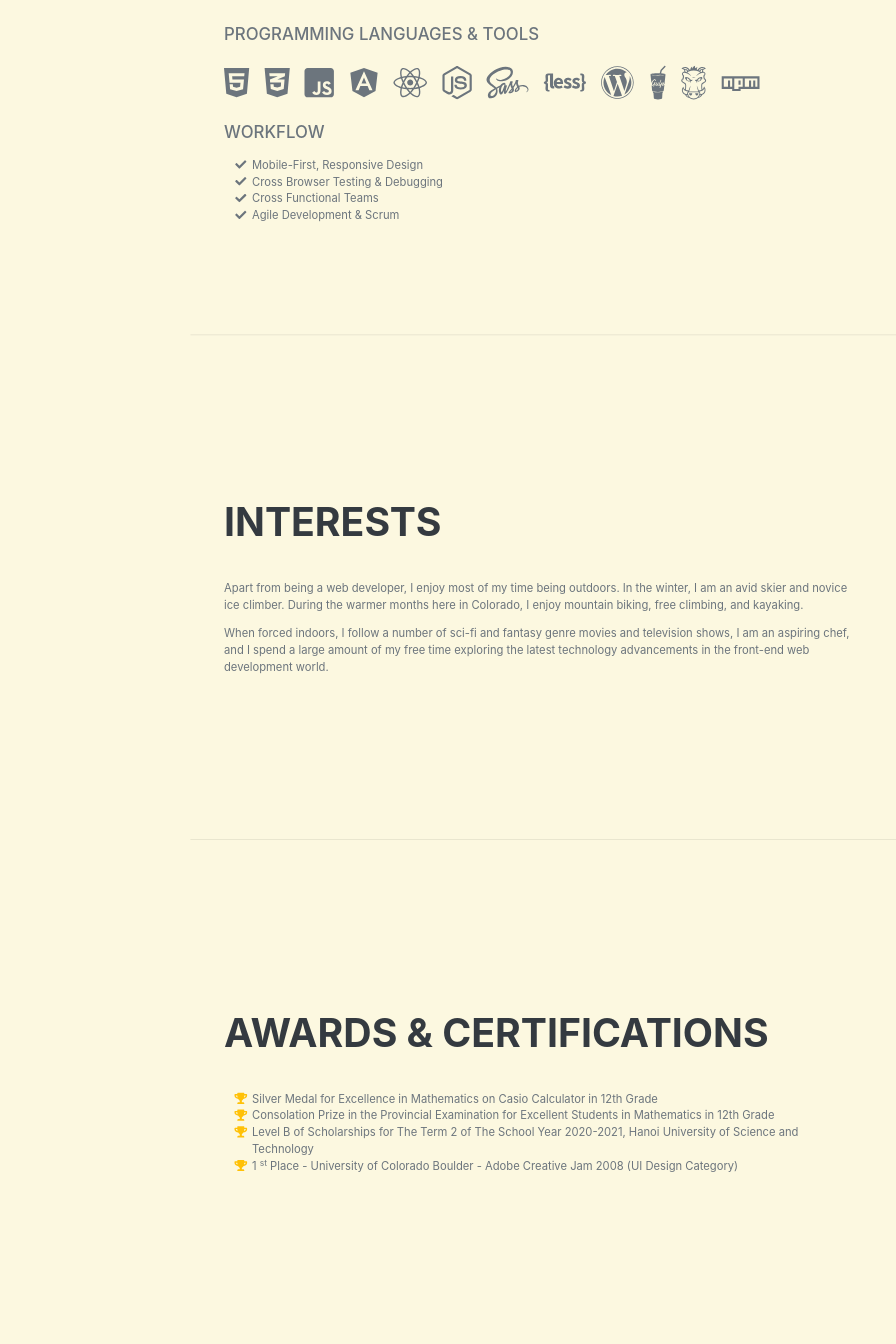
Repository: nguyenlcc/Online-CV
Page: index.html
The author's editor kept a copy of each file at every save. The page is drawn from the files as they stood at one save, then again after the next save.
The browser window is 1280 px wide. The pictures show the part of the page from y = 2890 to 4810 px (the page is 4810 px tall), at 70% of full size.
Some web fonts or font styles are not loaded; a fallback is used. Some web libraries are served in a nearby version.

Above is the page before, as saved 2022-05-22 16:30:03.

### index.html
<!DOCTYPE html>
<html lang="en">
  <head>
    <meta charset="utf-8" />
    <meta
      name="viewport"
      content="width=device-width, initial-scale=1, shrink-to-fit=no"
    />
    <meta name="description" content="" />
    <meta name="author" content="" />
    <title>Resume - Start Bootstrap Theme</title>
    <link rel="icon" type="image/x-icon" href="assets/img/favicon.ico" />
    <!-- Font Awesome icons (free version)-->
    <script
      src="https://use.fontawesome.com/releases/v5.13.0/js/all.js"
      crossorigin="anonymous"
    ></script>
    <!-- Google fonts-->
    <link
      href="https://fonts.googleapis.com/css?family=Saira+Extra+Condensed:500,700"
      rel="stylesheet"
      type="text/css"
    />
    <link
      href="https://fonts.googleapis.com/css?family=Muli:400,400i,800,800i"
      rel="stylesheet"
      type="text/css"
    />
    <!-- Core theme CSS (includes Bootstrap)-->
    <link href="css/styles.css" rel="stylesheet" />
  </head>
  <body id="page-top">
    <!-- Navigation-->
    <nav
      class="navbar navbar-expand-lg navbar-dark bg-primary fixed-top"
      id="sideNav"
    >
      <a class="navbar-brand js-scroll-trigger" href="#page-top">
        <span class="d-block d-lg-none">LE CONG NGUYEN</span>
        <span class="d-none d-lg-block"
          ><img
            class="img-fluid img-profile rounded-circle mx-auto mb-2"
            src="assets/img/profile.jpg"
            alt=""
        /></span>
      </a>
      <button
        class="navbar-toggler"
        type="button"
        data-toggle="collapse"
        data-target="#navbarSupportedContent"
        aria-controls="navbarSupportedContent"
        aria-expanded="false"
        aria-label="Toggle navigation"
      >
        <span class="navbar-toggler-icon"></span>
      </button>
      <div class="collapse navbar-collapse" id="navbarSupportedContent">
        <ul class="navbar-nav">
          <li class="nav-item">
            <a class="nav-link js-scroll-trigger" href="#about">About</a>
          </li>
          <li class="nav-item">
            <a class="nav-link js-scroll-trigger" href="#experience"
              >Experience</a
            >
          </li>
          <li class="nav-item">
            <a class="nav-link js-scroll-trigger" href="#education"
              >Education</a
            >
          </li>
          <li class="nav-item">
            <a class="nav-link js-scroll-trigger" href="#skills">Skills</a>
          </li>
          <li class="nav-item">
            <a class="nav-link js-scroll-trigger" href="#interests"
              >Interests</a
            >
          </li>
          <li class="nav-item">
            <a class="nav-link js-scroll-trigger" href="#awards">Awards</a>
          </li>
        </ul>
      </div>
    </nav>
    <!-- Page Content-->
    <div class="container-fluid p-0">
      <!-- About-->
      <section class="resume-section" id="about">
        <div class="resume-section-content">
          <h1 class="mb-0">
            LE CONG
            <span class="text-primary">NGUYEN</span>
          </h1>
          <div class="subheading mb-5">
            THINH LIET, HOANG MAI, HA NOI · 0904532091 ·
            <a href="mailto:name@email.com">nguyen.lc41@gmail.com</a>
          </div>
          <p class="lead mb-5">
            I am experienced in leveraging agile frameworks to provide a robust
            synopsis for high level overviews. Iterative approaches to corporate
            strategy foster collaborative thinking to further the overall value
            proposition.
          </p>
          <div class="social-icons">
            <a class="social-icon" href="https://www.linkedin.com/in/nguy%C3%AAn-l%C3%AA-c%C3%B4ng-0b1731233/"
              ><i class="fab fa-linkedin-in"></i
            ></a>
            <a class="social-icon" href="https://github.com/nguyenlecong"><i class="fab fa-github"></i></a>
            <a class="social-icon" href="https://twitter.com/vi3ix_"><i class="fab fa-twitter"></i></a>
            <a class="social-icon" href="https://www.facebook.com/nguyenlc5139/"
              ><i class="fab fa-facebook-f"></i
            ></a>
          </div>
        </div>
      </section>
      <hr class="m-0" />
      <!-- Experience-->
      <section class="resume-section" id="experience">
        <div class="resume-section-content">
          <h2 class="mb-5">Experience</h2>
          <div
            class="d-flex flex-column flex-md-row justify-content-between mb-5"
          >
            <div class="flex-grow-1">
              <h3 class="mb-0">Senior Web Developer</h3>
              <div class="subheading mb-3">Intelitec Solutions</div>
              <p>
                Bring to the table win-win survival strategies to ensure
                proactive domination. At the end of the day, going forward, a
                new normal that has evolved from generation X is on the runway
                heading towards a streamlined cloud solution. User generated
                content in real-time will have multiple touchpoints for
                offshoring.
              </p>
            </div>
            <div class="flex-shrink-0">
              <span class="text-primary">March 2013 - Present</span>
            </div>
          </div>
          <div
            class="d-flex flex-column flex-md-row justify-content-between mb-5"
          >
            <div class="flex-grow-1">
              <h3 class="mb-0">Web Developer</h3>
              <div class="subheading mb-3">Intelitec Solutions</div>
              <p>
                Capitalize on low hanging fruit to identify a ballpark value
                added activity to beta test. Override the digital divide with
                additional clickthroughs from DevOps. Nanotechnology immersion
                along the information highway will close the loop on focusing
                solely on the bottom line.
              </p>
            </div>
            <div class="flex-shrink-0">
              <span class="text-primary">December 2011 - March 2013</span>
            </div>
          </div>
          <div
            class="d-flex flex-column flex-md-row justify-content-between mb-5"
          >
            <div class="flex-grow-1">
              <h3 class="mb-0">Junior Web Designer</h3>
              <div class="subheading mb-3">Shout! Media Productions</div>
              <p>
                Podcasting operational change management inside of workflows to
                establish a framework. Taking seamless key performance
                indicators offline to maximise the long tail. Keeping your eye
                on the ball while performing a deep dive on the start-up
                mentality to derive convergence on cross-platform integration.
              </p>
            </div>
            <div class="flex-shrink-0">
              <span class="text-primary">July 2010 - December 2011</span>
            </div>
          </div>
          <div class="d-flex flex-column flex-md-row justify-content-between">
            <div class="flex-grow-1">
              <h3 class="mb-0">Web Design Intern</h3>
              <div class="subheading mb-3">Shout! Media Productions</div>
              <p>
                Collaboratively administrate empowered markets via plug-and-play
                networks. Dynamically procrastinate B2C users after installed
                base benefits. Dramatically visualize customer directed
                convergence without revolutionary ROI.
              </p>
            </div>
            <div class="flex-shrink-0">
              <span class="text-primary">September 2008 - June 2010</span>
            </div>
          </div>
        </div>
      </section>
      <hr class="m-0" />
      <!-- Education-->
      <section class="resume-section" id="education">
        <div class="resume-section-content">
          <h2 class="mb-5">Education</h2>
          <div
            class="d-flex flex-column flex-md-row justify-content-between mb-5"
          >
            <div class="flex-grow-1">
              <h3 class="mb-0">HANOI UNIVERSITY OF SCIENCE AND TECHNOLOGY</h3>
              <div class="subheading mb-3">
                SCHOOL OF INFORMATION AND COMMUNICATION TECHNOLOGY
              </div>
              <div>Computer Science</div>
              <p>GPA: 3.16</p>
            </div>
            <div class="flex-shrink-0">
              <span class="text-primary">August 2017 - Now</span>
            </div>
          </div>
          <!-- <div class="d-flex flex-column flex-md-row justify-content-between">
            <div class="flex-grow-1">
              <h3 class="mb-0">James Buchanan High School</h3>
              <div class="subheading mb-3">Technology Magnet Program</div>
              <p>GPA: 3.56</p>
            </div>
            <div class="flex-shrink-0">
              <span class="text-primary">August 2002 - May 2006</span>
            </div> -->
          </div>
        </div>
      </section>
      <hr class="m-0" />
      <!-- Skills-->
      <section class="resume-section" id="skills">
        <div class="resume-section-content">
          <h2 class="mb-5">Skills</h2>
          <div class="subheading mb-3">Programming Languages & Tools</div>
          <ul class="list-inline dev-icons">
            <li class="list-inline-item"><i class="fab fa-html5"></i></li>
            <li class="list-inline-item"><i class="fab fa-css3-alt"></i></li>
            <li class="list-inline-item"><i class="fab fa-js-square"></i></li>
            <li class="list-inline-item"><i class="fab fa-angular"></i></li>
            <li class="list-inline-item"><i class="fab fa-react"></i></li>
            <li class="list-inline-item"><i class="fab fa-node-js"></i></li>
            <li class="list-inline-item"><i class="fab fa-sass"></i></li>
            <li class="list-inline-item"><i class="fab fa-less"></i></li>
            <li class="list-inline-item"><i class="fab fa-wordpress"></i></li>
            <li class="list-inline-item"><i class="fab fa-gulp"></i></li>
            <li class="list-inline-item"><i class="fab fa-grunt"></i></li>
            <li class="list-inline-item"><i class="fab fa-npm"></i></li>
          </ul>
          <div class="subheading mb-3">Workflow</div>
          <ul class="fa-ul mb-0">
            <li>
              <span class="fa-li"><i class="fas fa-check"></i></span>
              Mobile-First, Responsive Design
            </li>
            <li>
              <span class="fa-li"><i class="fas fa-check"></i></span>
              Cross Browser Testing & Debugging
            </li>
            <li>
              <span class="fa-li"><i class="fas fa-check"></i></span>
              Cross Functional Teams
            </li>
            <li>
              <span class="fa-li"><i class="fas fa-check"></i></span>
              Agile Development & Scrum
            </li>
          </ul>
        </div>
      </section>
      <hr class="m-0" />
      <!-- Interests-->
      <section class="resume-section" id="interests">
        <div class="resume-section-content">
          <h2 class="mb-5">Interests</h2>
          <p>
            Apart from being a web developer, I enjoy most of my time being
            outdoors. In the winter, I am an avid skier and novice ice climber.
            During the warmer months here in Colorado, I enjoy mountain biking,
            free climbing, and kayaking.
          </p>
          <p class="mb-0">
            When forced indoors, I follow a number of sci-fi and fantasy genre
            movies and television shows, I am an aspiring chef, and I spend a
            large amount of my free time exploring the latest technology
            advancements in the front-end web development world.
          </p>
        </div>
      </section>
      <hr class="m-0" />
      <!-- Awards-->
      <section class="resume-section" id="awards">
        <div class="resume-section-content">
          <h2 class="mb-5">Awards & Certifications</h2>
          <ul class="fa-ul mb-0">
            <li>
              <span class="fa-li"
                ><i class="fas fa-trophy text-warning"></i
              ></span>
              Silver Medal for Excellence in Mathematics on Casio Calculator in 12th Grade
            </li>
            <li>
              <span class="fa-li"
                ><i class="fas fa-trophy text-warning"></i
              ></span>
              Consolation Prize in the Provincial Examination for Excellent Students in Mathematics in 12th Grade
            </li>
            <li>
              <span class="fa-li"
                ><i class="fas fa-trophy text-warning"></i
              ></span>
              Level B of Scholarships for The Term 2 of The School Year 2020-2021, Hanoi University of Science and Technology
            </li>
            <li>
              <span class="fa-li"
                ><i class="fas fa-trophy text-warning"></i
              ></span>
              1
              <sup>st</sup>
              Place - University of Colorado Boulder - Adobe Creative Jam 2008
              (UI Design Category)
            </li>
          </ul>
        </div>
      </section>
    </div>
    <!-- Bootstrap core JS-->
    <script src="https://cdnjs.cloudflare.com/ajax/libs/jquery/3.5.1/jquery.min.js"></script>
    <script src="https://stackpath.bootstrapcdn.com/bootstrap/4.5.0/js/bootstrap.bundle.min.js"></script>
    <!-- Third party plugin JS-->
    <script src="https://cdnjs.cloudflare.com/ajax/libs/jquery-easing/1.4.1/jquery.easing.min.js"></script>
    <!-- Core theme JS-->
    <script src="js/scripts.js"></script>
  </body>
</html>

### js/scripts.js
/*!
    * Start Bootstrap - Resume v6.0.1 (https://startbootstrap.com/template-overviews/resume)
    * Copyright 2013-2020 Start Bootstrap
    * Licensed under MIT (https://github.com/StartBootstrap/startbootstrap-resume/blob/master/LICENSE)
    */
    (function ($) {
    "use strict"; // Start of use strict

    // Smooth scrolling using jQuery easing
    $('a.js-scroll-trigger[href*="#"]:not([href="#"])').click(function () {
        if (
            location.pathname.replace(/^\//, "") ==
                this.pathname.replace(/^\//, "") &&
            location.hostname == this.hostname
        ) {
            var target = $(this.hash);
            target = target.length
                ? target
                : $("[name=" + this.hash.slice(1) + "]");
            if (target.length) {
                $("html, body").animate(
                    {
                        scrollTop: target.offset().top,
                    },
                    1000,
                    "easeInOutExpo"
                );
                return false;
            }
        }
    });

    // Closes responsive menu when a scroll trigger link is clicked
    $(".js-scroll-trigger").click(function () {
        $(".navbar-collapse").collapse("hide");
    });

    // Activate scrollspy to add active class to navbar items on scroll
    $("body").scrollspy({
        target: "#sideNav",
    });
})(jQuery); // End of use strict

Loaded but not shown: css/styles.css (library)

After the next save:
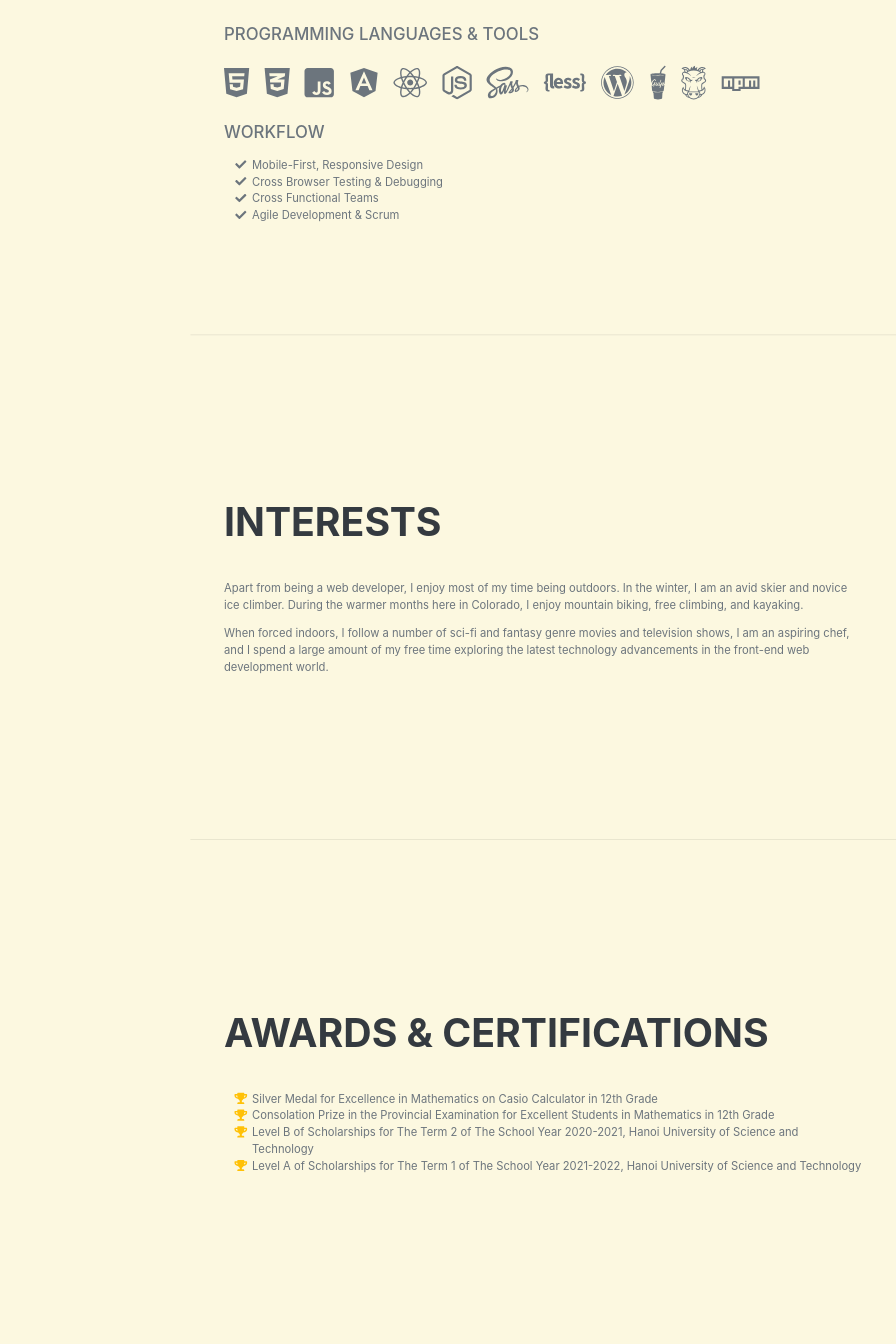
Saved 38 s later.
--- a/index.html
+++ b/index.html
@@ -312,10 +312,7 @@
               <span class="fa-li"
                 ><i class="fas fa-trophy text-warning"></i
               ></span>
-              1
-              <sup>st</sup>
-              Place - University of Colorado Boulder - Adobe Creative Jam 2008
-              (UI Design Category)
+              Level A of Scholarships for The Term 1 of The School Year 2021-2022, Hanoi University of Science and Technology
             </li>
           </ul>
         </div>
